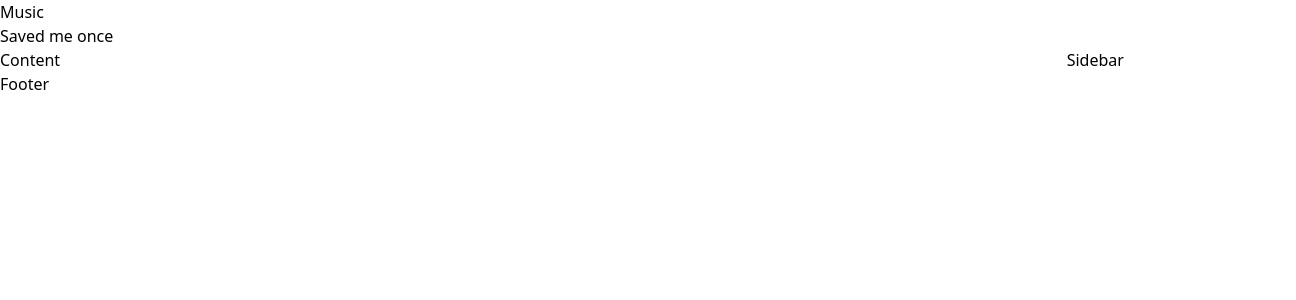
Repository: ItsMe-Pal/something
Page: index.html
These files come from the project's save history. The page is drawn as it stood at one moment and after the next save; the edit follows.
The browser window is 1280 px wide. The page is 1280 px wide, then 1296 px, then 1280 px, so the pictures cover 1296 px, including what lies to the right of the window. The pictures show the whole page.
The style sheet was rebuilt from its Sass, Less or Tailwind sources for each picture, by a compiler version that may differ from the author's.

Above is the page before, as saved 2025-06-22 18:21:40.

After the next save:
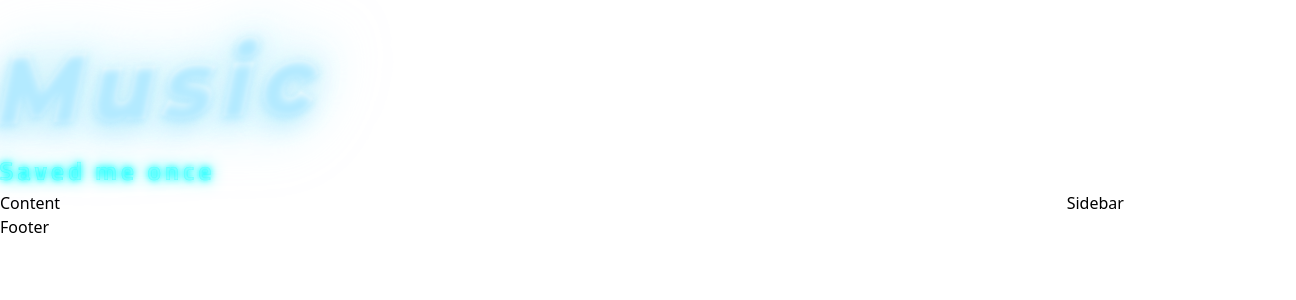
Saved 16 s later.
--- a/styles/customs.scss
+++ b/styles/customs.scss
@@ -790,3 +790,57 @@
   clip: auto;
   white-space: normal;
 }
+
+// === Unique uMusic Headings ===
+.ice-title {
+  font-size: 7vw;
+  color: #fff;
+  font-family: 'Montserrat', 'Arial Black', Impact, sans-serif;
+  font-weight: 900;
+  letter-spacing: 0.1em;
+  text-shadow:
+    0 2px 8px #b3eaff,
+    0 0px 40px #e0f7fa,
+    0 0px 2px #fff,
+    0 8px 24px #b3eaff;
+  background: linear-gradient(120deg, #e0f7fa 0%, #b3eaff 40%, #fff 60%, #b3eaff 100%);
+  background-clip: text;
+  -webkit-background-clip: text;
+  -webkit-text-fill-color: transparent;
+  transform: skew(-12deg, -2deg) scaleY(1.1);
+  filter: drop-shadow(0 0 24px #b3eaff88);
+  position: relative;
+  animation: ice-shimmer 3s linear infinite;
+  margin-bottom: 0.2em;
+}
+@keyframes ice-shimmer {
+  0% { background-position: 0% 50%; }
+  100% { background-position: 100% 50%; }
+}
+
+.alt-subtitle {
+  font-size: 2vw;
+  color: #00ffe7;
+  font-family: 'Cairo', 'Open Sans', monospace;
+  font-weight: 700;
+  letter-spacing: 0.15em;
+  text-shadow:
+    0 0 6px #00ffe7,
+    0 0 16px #0ff,
+    0 0 2px #fff;
+  background: linear-gradient(90deg, #00ffe7 0%, #ff00c8 100%);
+  background-clip: text;
+  -webkit-background-clip: text;
+  -webkit-text-fill-color: transparent;
+  position: relative;
+  animation: subtitle-glitch 1.2s infinite linear alternate-reverse;
+  margin-top: 0.1em;
+}
+@keyframes subtitle-glitch {
+  0% { filter: blur(0.5px) brightness(1.1); left: 0; }
+  20% { filter: blur(1.5px) brightness(1.2); left: 2px; }
+  40% { filter: blur(0.5px) brightness(1.1); left: -2px; }
+  60% { filter: blur(1.2px) brightness(1.3); left: 1px; }
+  80% { filter: blur(0.5px) brightness(1.1); left: -1px; }
+  100% { filter: blur(0.5px) brightness(1.1); left: 0; }
+}

After the save that followed:
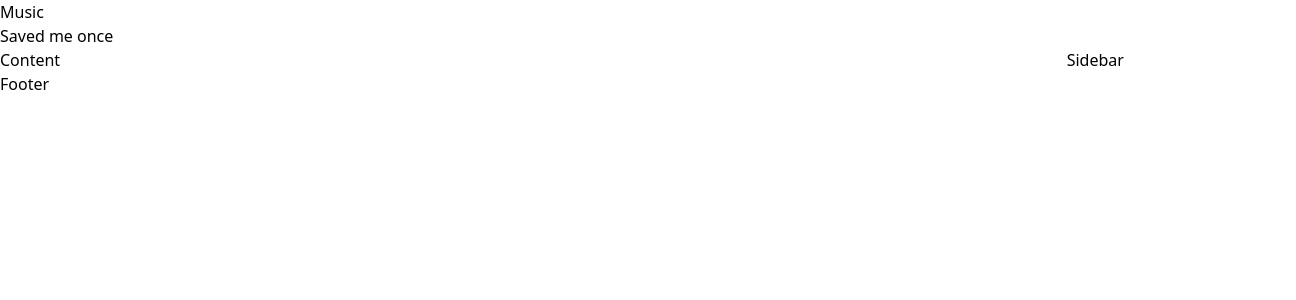
Saved 3 min 31 s later.
--- a/index.html
+++ b/index.html
@@ -17,10 +17,10 @@
     <div class="flex gap-[2%] flex-wrap content-start">
         <div class="w-full h-[5%]">
            <div >
-                <h1 class="ice-title">
+                <h1>
                     Music
                 </h1>
-                <h3 class="alt-subtitle">
+                <h3>
                     Saved me once
                 </h3>
            </div>
